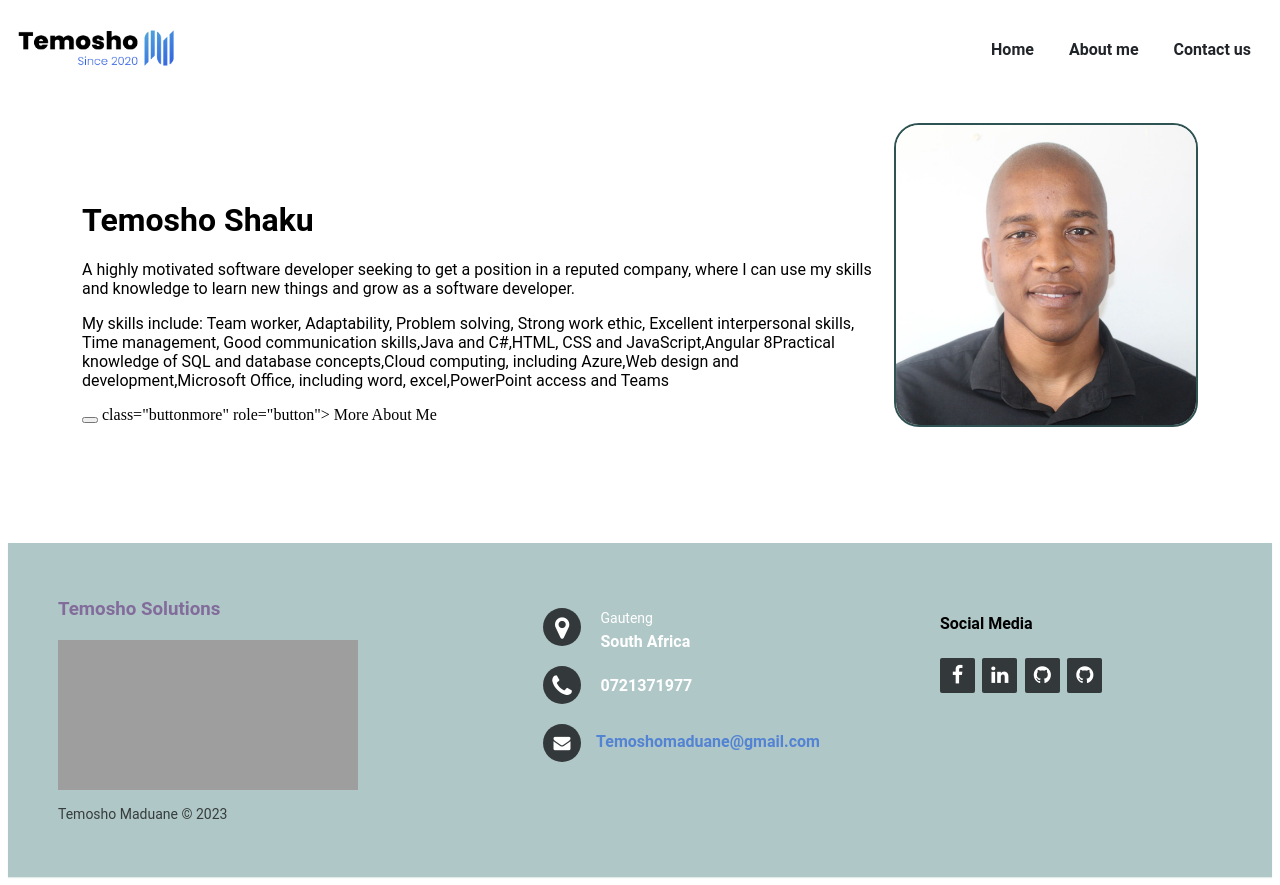
Repository: TemoshoS/T-Shaku
Page: index.html
An editor plug-in stored every save of this project. The page is shown before and after the next save, followed by the edit.
The browser window is 1280 px wide. The pictures show the whole page.
Pictures or frames that could not be fetched are drawn as grey boxes. Some web libraries are served in a nearby version.

Above is the page before, as saved 2023-09-28 14:22:22.

### index.html
<!DOCTYPE html>
<html>
  <title>Temosho Shaku</title>
  <meta charset="UTF-8">
        <meta name="viewport" content="width=device-width,initial-scale=1">


        <link rel="stylesheet" href="./css/style.css">

        <link rel="stylesheet" href="http://maxcdn.bootstrapcdn.com/font-awesome/4.2.0/css/font-awesome.min.css">
        <link href="http://fonts.googleapis.com/css?family=Cookie" rel="stylesheet" type="text/css">
  <body>

    <head>
      <div>
        <table style="width: 100%;">
          <tr>
            <td>
              <a href="index.html">
                <img src="./images/logo.png" style="height: 50px;" alt="No logo" />
              </a>
            </td>
            <td align="right">
              <nav  >

                <ul >
                    <a href="index.html" class="nav-link" ><b>Home</b></a>
                    <a href="about.html" class="nav-link"><b>About me</b></a>
                    <a href="contact.html" class="nav-link"><b>Contact us</b></a>
                </ul>
              </nav>
            </td>
          </tr>
        </table>
      </div>
    </head>


    <main>
      <table style="width: 100%; height: 300px">

        <tr>
          <td style="padding-left: 10vh; padding-top: 50px">
            <h1 id ="name"></h1>
            <p style="width: 100%" id="para"></p>
            <p style="width: 100%" id="para1"></p>
            <button onclick="window.location.href='about.html'"></button> class="buttonmore" role="button"> More About Me</button>



          </td>
          <td align="right" style="padding-right: 10vh; padding-top: 30px; padding-bottom: 30px">
            <img
              src ="./images/Temosho.jpg" alt="No picture" width="300px" height="300px" style="border-radius: 25px; object-fit: cover; border: 2px solid rgb(47, 82, 82);"
            />
          </td>
        </tr>
      </table>
    </main>


    <footer class="footer-distributed">
      <div class="footer-left">

          <h3><span>Temosho Solutions</span></h3>
          <p class="footer-links">
            <iframe src="https://www.google.com/maps/embed?pb=!1m18!1m12!1m3!1d57373.12731923028!2d28.183328280934226!3d-26.00669819115315!2m3!1f0!2f0!3f0!3m2!1i1024!2i768!4f13.1!3m3!1m2!1s0x1e956bed9ab01b69%3A0xc853e498933bab2e!2sTembisa%2C%201632!5e0!3m2!1sen!2sza!4v1676883111483!5m2!1sen!2sza"  width="300" height="150" style="border:0;" allowfullscreen="" loping="lazy"></iframe>


          </p>


          <p class="footer-portfolio-name">Temosho Maduane &copy; 2023</p>
      </div>

      <div class="footer-center">

          <div>
              <i class="fa fa-map-marker"></i>
              <p><span>Gauteng</span>South Africa</p>
          </div>
          <div>
              <i class="fa fa-phone"></i>
              <p>0721371977</p>
          </p>

          </div>
          <div>

              <p><a href="temoshomaduane@gmail.com"><i class="fa fa-envelope"></i>Temoshomaduane@gmail.com</a>
              </p>
          </div>
      </div>

      <div class="footer-right">
              <p >
                  Social Media
              </p>

              <div class="footer-icons">
                  <a href="https://m.facebook.com/temosho.shaku"><i class="fa fa-facebook"></i></a>
                  <a href="https://www.linkedin.com/mwlite/in/temosho-shaku-a2598917b"><i class="fa fa-linkedin"></i></a>
                  <a href="https://github.com/TemoshoS"><i class="fa fa-github"></i></a>
                  <a href="https://api.whatsapp.com/send?phone=27 721371977"><i class="fa fa-github"></i></a>

              </div>

      </div>
  </footer>
  <script src="./javascript/index.js"></script>
  </body>
</html>

### css/style.css
/*Navigation bar*/
.nav-link {
	text-decoration: none;
	display: inline-block;
	padding: 13px 13px;
	color: #212529;
	margin-right: 5px;
  }

  .nav-link:hover {
	text-decoration:none;
	border-bottom: 2px solid #84e7ee;
  }


@import url("https://fonts.googleapis.com/css2?family=Roboto:wght@100&display=swap");
h1,
h2,
h3,
h4,
h5,
h6,
p,
a,
label,
address,
input {
	font-family: "Roboto", sans-serif;
}

/*button*/

.buttonmore {
	padding: 0.6em 2em;
	border: none;
	outline: none;
	color: rgb(255, 255, 255);
	cursor: pointer;
	position: relative;
	z-index: 0;
	border-radius: 10px;
	user-select: none;
	-webkit-user-select: none;
	touch-action: manipulation;
  }

  .buttonmore:before {
	content: "";
	background: linear-gradient(
	  45deg,
	  #ff0000,
	  #ff7300,
	  #fffb00,
	  #48ff00,
	  #00ffd5,
	  #002bff,
	  #7a00ff,
	  #ff00c8,
	  #ff0000
	);
	position: absolute;
	top: -2px;
	left: -2px;
	background-size: 400%;
	z-index: -1;
	filter: blur(5px);
	-webkit-filter: blur(5px);
	width: calc(100% + 4px);
	height: calc(100% + 4px);
	animation: glowing-button-85 20s linear infinite;
	transition: opacity 0.3s ease-in-out;
	border-radius: 10px;
  }

  @keyframes glowing-button-85 {
	0% {
	  background-position: 0 0;
	}
	50% {
	  background-position: 400% 0;
	}
	100% {
	  background-position: 0 0;
	}
  }

  .buttonmore:after {
	z-index: -1;
	content: "";
	position: absolute;
	width: 100%;
	height: 100%;
	background: #b0c7c7;
	left: 0;
	top: 0;
	border-radius: 10px;
  }
/*Contact form*/
.contactform {


	border-radius: 5px;
	background-color: #f2f2f2;
	padding: 20px;
	width: 400px;
	margin-left: auto;
	margin-right: auto;

}



.footer-distributed{
	background-color: #b0c7c7;
	box-shadow: 0 1px 1px 0 rgba(5, 110, 52, 0.12);
	box-sizing: border-box;
	width: 100%;
	text-align: left;
	font: bold 16px sans-serif;

	padding: 55px 50px;
	margin-top: 80px;
}

.footer-distributed .footer-left,
.footer-distributed .footer-center,
.footer-distributed .footer-right{
	display: inline-block;
	vertical-align: top;
}

.footer-distributed .footer-left{
	width: 40%;
}

.footer-distributed h3{
	color:  #ffffff;

	margin: 0;
}

.footer-distributed h3 span{
	color:  #826c9b;
}


.footer-distributed .footer-links{
	color:  #ffffff;
	margin: 20px 0 12px;
	padding: 0;
}

.footer-distributed .footer-links a{
	display:inline-block;
	line-height: 1.8;
	text-decoration: none;
	color:  inherit;
}

.footer-distributed .footer-portfolio-name{
	color:  #373d3d;
	font-size: 14px;
	font-weight: normal;
	margin: 0;
}


.footer-distributed .footer-center{
	width: 35%;
}

.footer-distributed .footer-center i{
	background-color:  #33383b;
	color: #ffffff;
	font-size: 25px;
	width: 38px;
	height: 38px;
	border-radius: 50%;
	text-align: center;
	line-height: 42px;
	margin: 10px 15px;
	vertical-align: middle;
}

.footer-distributed .footer-center i.fa-envelope{
	font-size: 17px;
	line-height: 38px;
}

.footer-distributed .footer-center p{
	display: inline-block;
	color: #ffffff;
	vertical-align: middle;
	margin:0;
}

.footer-distributed .footer-center p span{
	display:block;
	font-weight: normal;
	font-size:14px;
	line-height:2;
}

.footer-distributed .footer-center p a{
	color:  #5383d3;
	text-decoration: none;;
}

.footer-distributed .footer-right{
	width: 20%;
}

.footer-distributed .footer-portfolio-about{
	line-height: 20px;
	color:  #92999f;
	font-size: 13px;
	font-weight: normal;
	margin: 0;
}

.footer-distributed .footer-portfolio-about span{
	display: block;
	color:  #ffffff;
	font-size: 14px;
	font-weight: bold;
	margin-bottom: 20px;
}

.footer-distributed .footer-icons{
	margin-top: 25px;
}

.footer-distributed .footer-icons a{
	display: inline-block;
	width: 35px;
	height: 35px;
	cursor: pointer;
	background-color:  #33383b;
	border-radius: 2px;

	font-size: 20px;
	color: #ffffff;
	text-align: center;
	line-height: 35px;

	margin-right: 3px;
	margin-bottom: 5px;
}


@media (max-width: 880px) {

	.footer-distributed{
		font: bold 14px sans-serif;

	}

	.footer-distributed .footer-left,
	.footer-distributed .footer-center,
	.footer-distributed .footer-right{
		display: block;
		width: 100%;
		margin-bottom: 40px;
		text-align: center;
	}

	.footer-distributed .footer-center i{
		margin-left: 0;
	}


}

### javascript/index.js

document.getElementById("name").innerHTML = "Temosho Shaku";

document.getElementById("para").innerHTML = "A highly motivated software developer seeking to get a position in a reputed company, where I can use my skills and knowledge to learn new things and grow as a software developer.";

document.getElementById("para1").innerHTML = "My skills include: Team worker, Adaptability, Problem solving, Strong work ethic, Excellent interpersonal skills, Time management, Good communication skills,Java and C#,HTML, CSS and JavaScript,Angular 8Practical knowledge of SQL and database concepts,Cloud computing, including Azure,Web design and development,Microsoft Office, including word, excel,PowerPoint access and Teams";

After the next save:
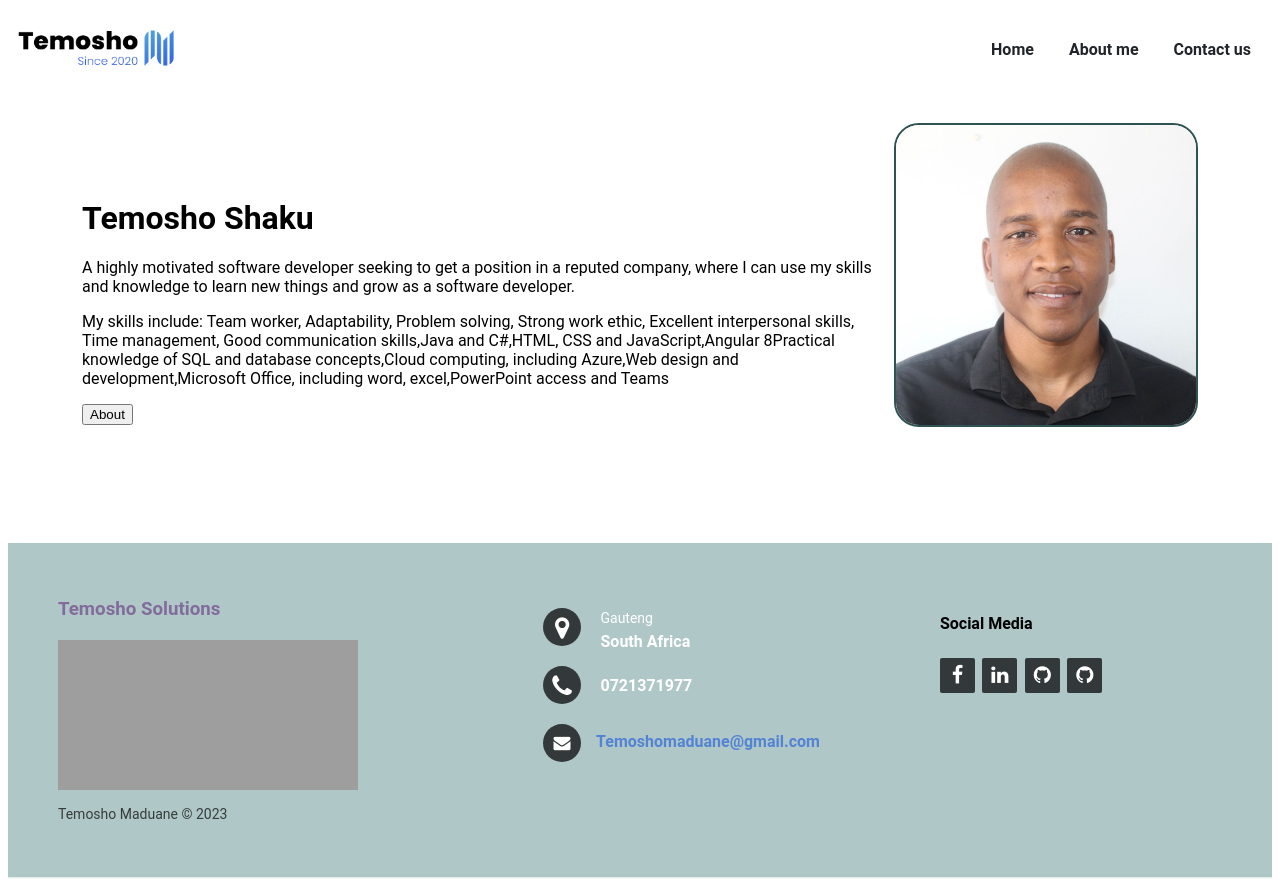
Saved 29 s later.
--- a/index.html
+++ b/index.html
@@ -44,7 +44,7 @@
             <h1 id ="name"></h1>
             <p style="width: 100%" id="para"></p>
             <p style="width: 100%" id="para1"></p>
-            <button onclick="window.location.href='about.html'"></button> class="buttonmore" role="button"> More About Me</button>
+            <button onclick="window.location.href='about.html'">About</button>
 
 
 

After the save that followed:
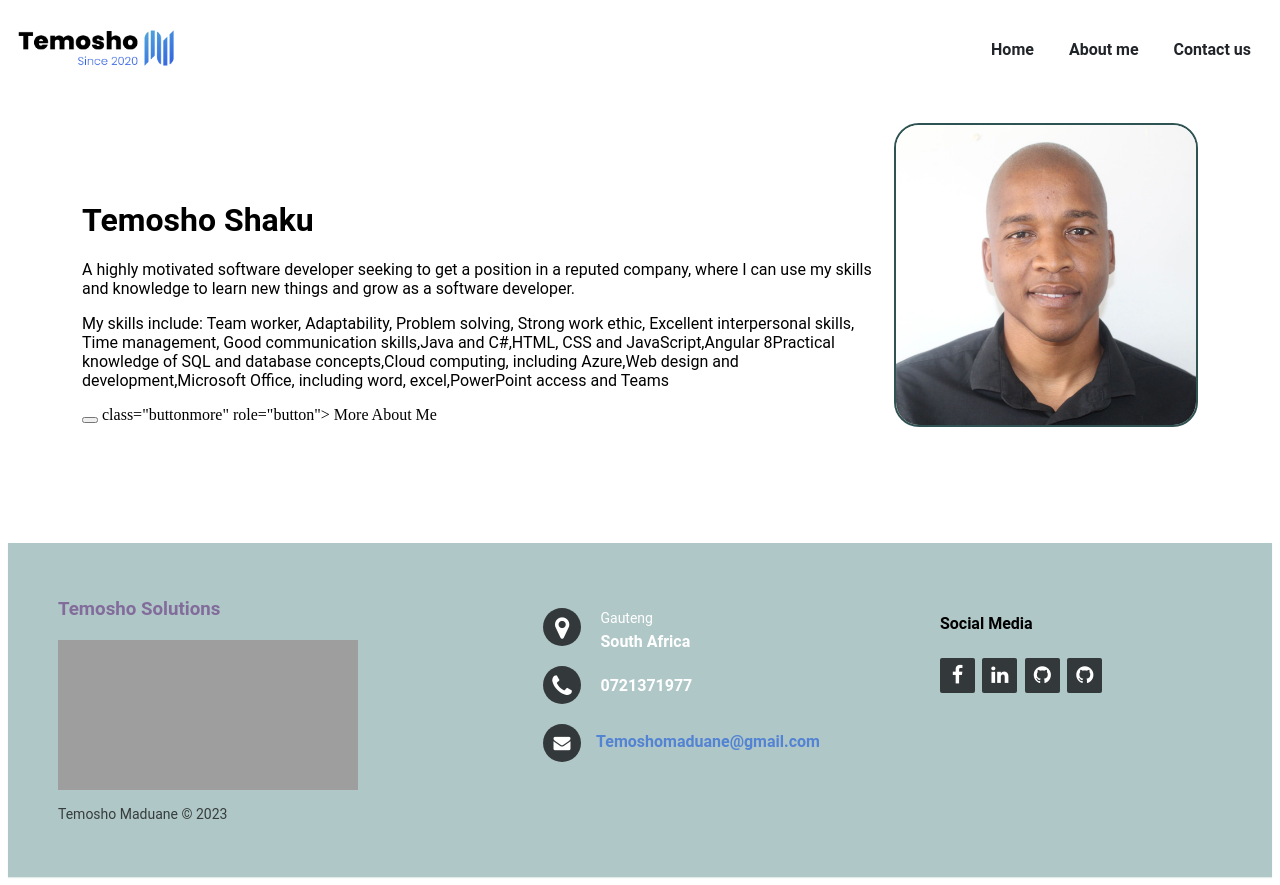
Saved 15 s later.
--- a/index.html
+++ b/index.html
@@ -44,7 +44,7 @@
             <h1 id ="name"></h1>
             <p style="width: 100%" id="para"></p>
             <p style="width: 100%" id="para1"></p>
-            <button onclick="window.location.href='about.html'">About</button>
+            <button onclick="window.location.href='about.html'"></button> class="buttonmore" role="button"> More About Me</button>
 
 
 
